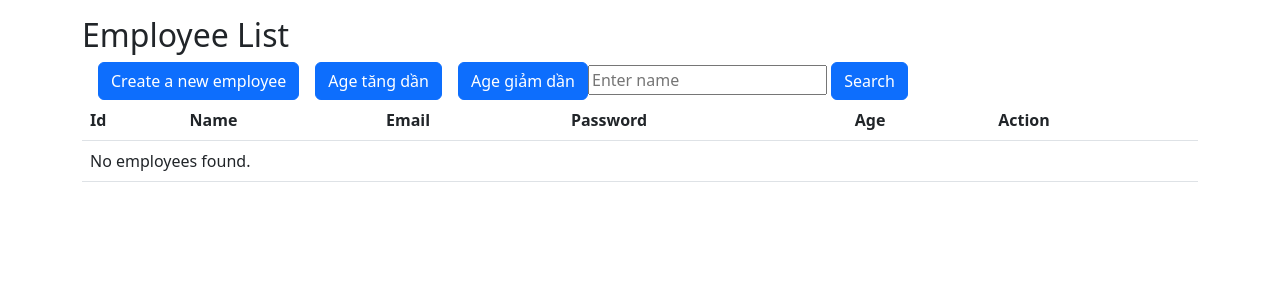
Repository: HoangLinh2001/PHP
Page: http://localhost/age_desc.php
An editor plug-in stored every save of this project. The page is shown before and after the next save, followed by the edit.
The browser window is 1280 px wide. The pictures show the whole page.
The page is run by PHP 8.4 with error messages shown; the project is at /var/www/html/. Queries for data that is not in the repository find no rows.

Above is the page before, as saved 2023-06-21 15:28:24.

After the next save:
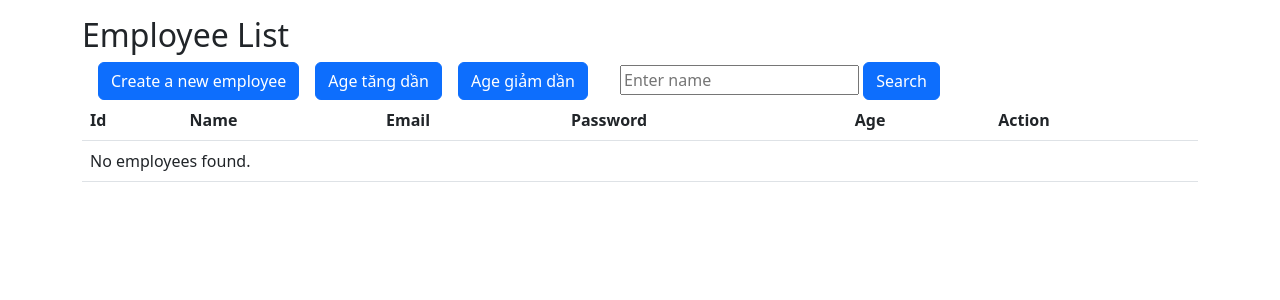
Saved 2 s later.
--- a/DEMOPHPBUOI2/age_desc.php
+++ b/DEMOPHPBUOI2/age_desc.php
@@ -13,6 +13,10 @@
         }
         .create-filter-employee a{
             margin-left: 1rem;
+        }
+
+        .create-filter-employee .search-form{
+            margin-left: 2rem;
         }
     </style>
 </head>
